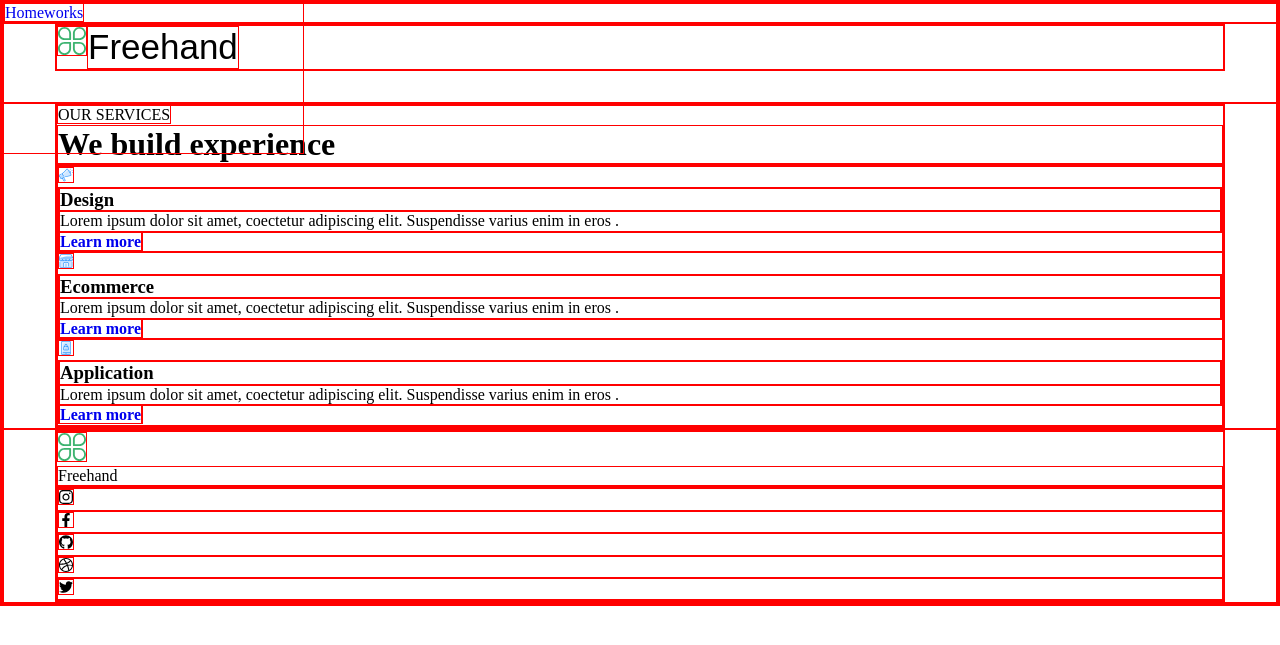
Repository: Tsiniavska/beetroot-test-project
Page: Homeworks/svg/index.html
These files come from the project's save history. The page is drawn as it stood at one moment and after the next save; the edit follows.
The browser window is 1280 px wide. The pictures show the whole page.
Some web fonts or font styles are not loaded; a fallback is used.

Above is the page before, as saved 2024-02-28 18:48:37.

After the next save:
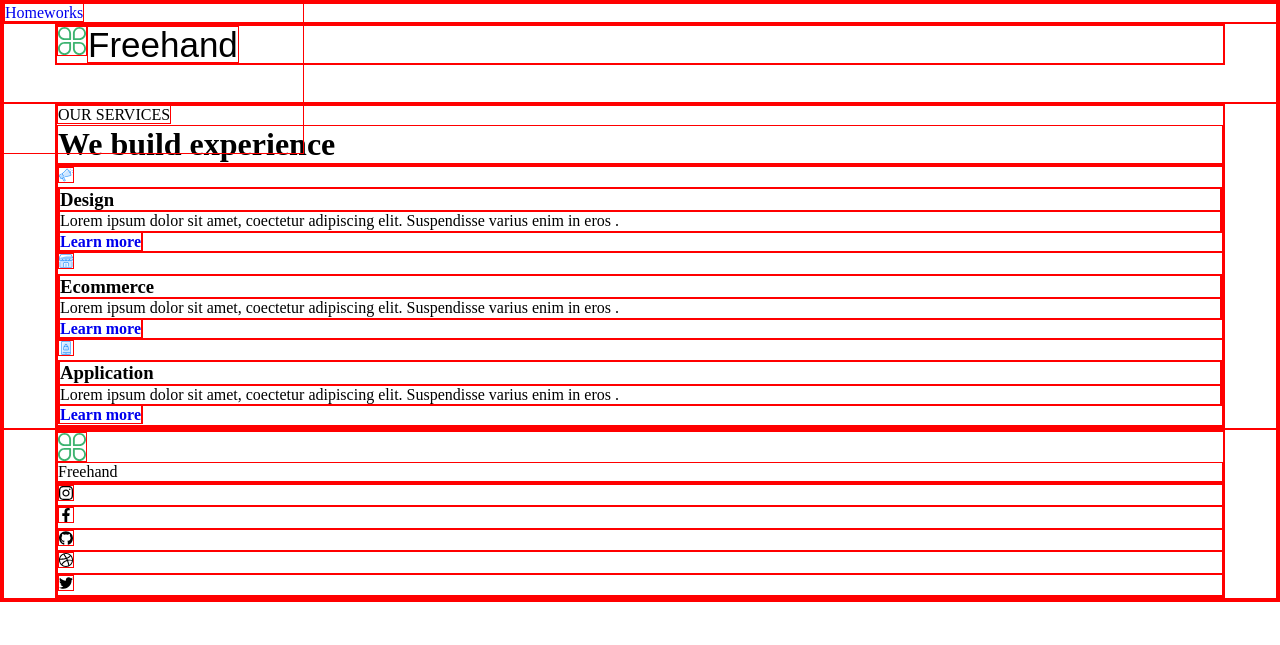
Saved 59 s later.
--- a/Homeworks/svg/index.css
+++ b/Homeworks/svg/index.css
@@ -17,10 +17,12 @@
   width: 30px;
   height: 30px;
   color: var(--c-green);
+  display: flex;
+  align-items: center;
 }
 
 .header-title {
   font-family: var(--f-logo);
   font-size: 35px;
-  line-height: ;
+  line-height: 35px;
 }
